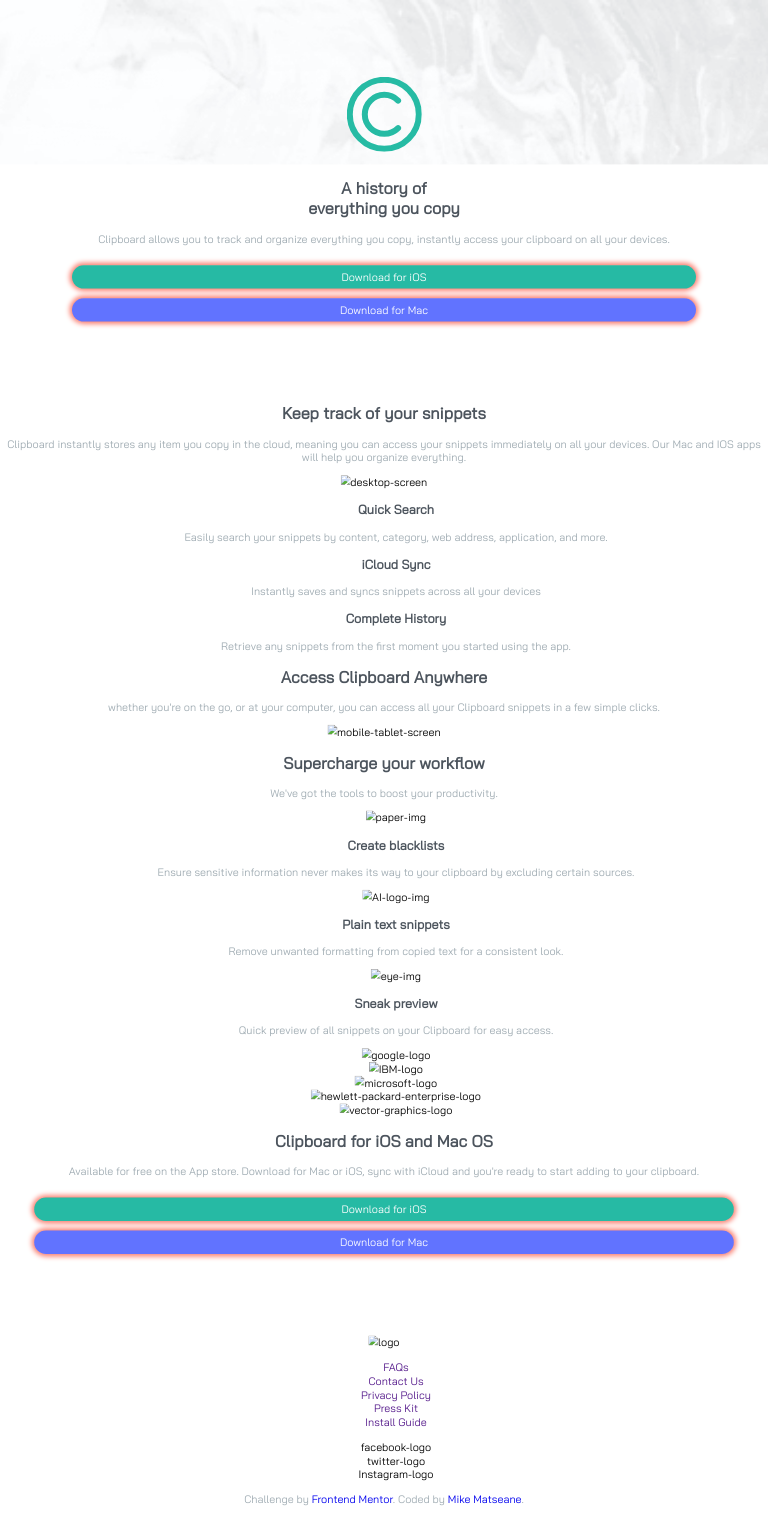
Repository: mikempho/Clipboard-landing-page
Page: index.html
An editor plug-in stored every save of this project. The page is shown before and after the next save, followed by the edit.
The browser window is 1280 px wide. The pictures show the whole page, at 60% of full size.

Above is the page before, as saved 2022-04-11 10:56:48.

### index.html
<!DOCTYPE html>
<html lang="en">
  <head>
    <meta charset="UTF-8">
    <meta name="viewport" content="width=device-width, initial-scale=1.0"> <!-- displays site properly based on user's device -->

    <link rel="icon" type="image/png" sizes="32x32" href="./images/favicon-32x32.png">
    <link rel="stylesheet" href="/css/style.css">

    <title>Frontend Mentor | Clipboard landing page</title>

  </head>
  <body>
    <header class="header">
      <img class="logo" src="/images/logo.svg" alt="">
    </header>
    <main>
      <section class="hero">
        <h1>A history of <br> everything you copy</h1>
        <p>Clipboard allows you to track and organize everything you copy, instantly access your clipboard on all your devices.</p>
        <div class="buttons">
          <a class="iOS-btn" href="#">Download for iOS</a>
          <a class="mac-btn" href="#">Download for Mac</a>
        </div>
      </section>
      <section class="section-1">
        <h2>Keep track of your snippets</h2>
        <p>Clipboard instantly stores any item you copy in the cloud, meaning you can access your snippets immediately on all your devices. Our Mac and IOS apps will help you organize everything.</p>
        <div class="features">
          <img class="feature-img" src="" alt="desktop-screen">
          <ul class="list-of-features">
            <li>
              <h3>Quick Search</h3>
              <p>Easily search your snippets by content, category, web address, application, and more.</p>
            </li>
            <li>
              <h3>iCloud Sync</h3>
              <p>Instantly saves and syncs snippets across all your devices</p>
            </li>
            <li>
              <h3>Complete History</h3>
              <p>Retrieve any snippets from the first moment you started using the app.</p>
            </li>
          </ul>
        </div>
      </section>
      <section class="section-2">
        <h2>Access Clipboard Anywhere</h2>
        <p>whether you're on the go, or at your computer, you can access all your Clipboard snippets in a few simple clicks.</p>
        <img class="mobile-tablet-screen" src="" alt="mobile-tablet-screen">
      </section>
      <section class="section-3">
        <h2>Supercharge your workflow</h2>
        <p>We've got the tools to boost your productivity.</p>
        <div>
          <ul class="list-of-features">
            <li>
              <img src="" alt="paper-img">
              <h3>Create blacklists</h3>
              <p>Ensure sensitive information never makes its way to your clipboard by excluding certain sources.</p>
            </li>
            <li>
              <img src="" alt="AI-logo-img">
              <h3>Plain text snippets</h3>
              <p>Remove unwanted formatting from copied text for a consistent look.</p>
            </li>
            <li>
              <img src="" alt="eye-img">
              <h3>Sneak preview</h3>
              <p>Quick preview of all snippets on your Clipboard for easy access.</p>
            </li>
          </ul>
        </div>
      </section>
      <section class="section-4">
        <ul class="company-logos">
          <li><img src="" alt="google-logo"></li>
          <li><img src="" alt="IBM-logo"></li>
          <li><img src="" alt="microsoft-logo"></li>
          <li><img src="" alt="hewlett-packard-enterprise-logo"></li>
          <li><img src="" alt="vector-graphics-logo"></li>
        </ul>
      </section>
      <section class="section-5">
        <h2>Clipboard for iOS and Mac OS</h2>
        <p>Available for free on the App store. Download for Mac or iOS, sync with iCloud and you're ready to start adding to your clipboard.</p>
        <div class="buttons">
          <a class="iOS-btn" href="">Download for iOS</a>
          <a class="mac-btn" href="">Download for Mac</a>
        </div>
      </section>
    </main>

    <footer>
      <div class="footer">
        <img src="" alt="logo">
        <ul class="footer-menu">
          <li><a href="">FAQs</a></li>
          <li><a href="">Contact Us</a></li>
          <li><a href="">Privacy Policy</a></li>
          <li><a href="">Press Kit</a></li>
          <li><a href="">Install Guide</a></li>
        </ul>
        <ul class="social-links">
          <li><a href=""></a>facebook-logo</li>
          <li><a href=""></a>twitter-logo</li>
          <li><a href=""></a>Instagram-logo</li>
        </ul>
      </div>
      <p class="attribution">
        Challenge by <a href="https://www.frontendmentor.io?ref=challenge" target="_blank">Frontend Mentor</a>.
        Coded by <a href="#">Mike Matseane</a>.
      </p>
    </footer>
  </body>
</html>

### css/style.css
/* Universal styling */
body {
    margin: 0;
    padding: 0;
    text-align: center;
    Font-size: 18px;
    font-family: Bai-Jamjuree;
}

* {
    list-style: none;
    text-decoration: none;
}

:root {
    /* Primary colors */
    --Strong-Cyan: hsl(171, 66%, 44%);
    --Light-Blue: hsl(233, 100%, 69%);
    /* Neutral colors */
    --Dark-Grayish-Blue: hsl(210, 10%, 33%);
    --Grayish-Blue: hsl(201, 11%, 66%);
    /* Spacing */
    --container-padding: 0 5.6%;
}

@font-face {
    font-family: Bai-Jamjuree;
    src: url(/Assets/Fonts/Bai_Jamjuree/BaiJamjuree-Regular.ttf);
}

h1, h2, h3{
    color: var(--Dark-Grayish-Blue);
}

p {
    color: var(--Grayish-Blue);
}

/* header section */

.header {
    background-image: url(/images/bg-header-mobile.png);
    background-repeat: no-repeat;
    background-size: cover;
}

.logo {
    margin: 8rem 0 1rem 0;
}

/* hero section */
.hero {
    padding: var(--container-padding);
}

.buttons{
    margin-top: 1.5rem;
    margin-bottom: 8rem;
}
.buttons a {
    display: inline-block;
    padding: 8px 15px;
    width: 88.8%;
    margin: 8px 0;
    color: white;
    border-radius: 50px;
    box-shadow: 0 0 9px 4px salmon;
}

.iOS-btn {
    background-color: var(--Strong-Cyan);
}

.mac-btn {
    background-color: var(--Light-Blue);
}

After the next save:
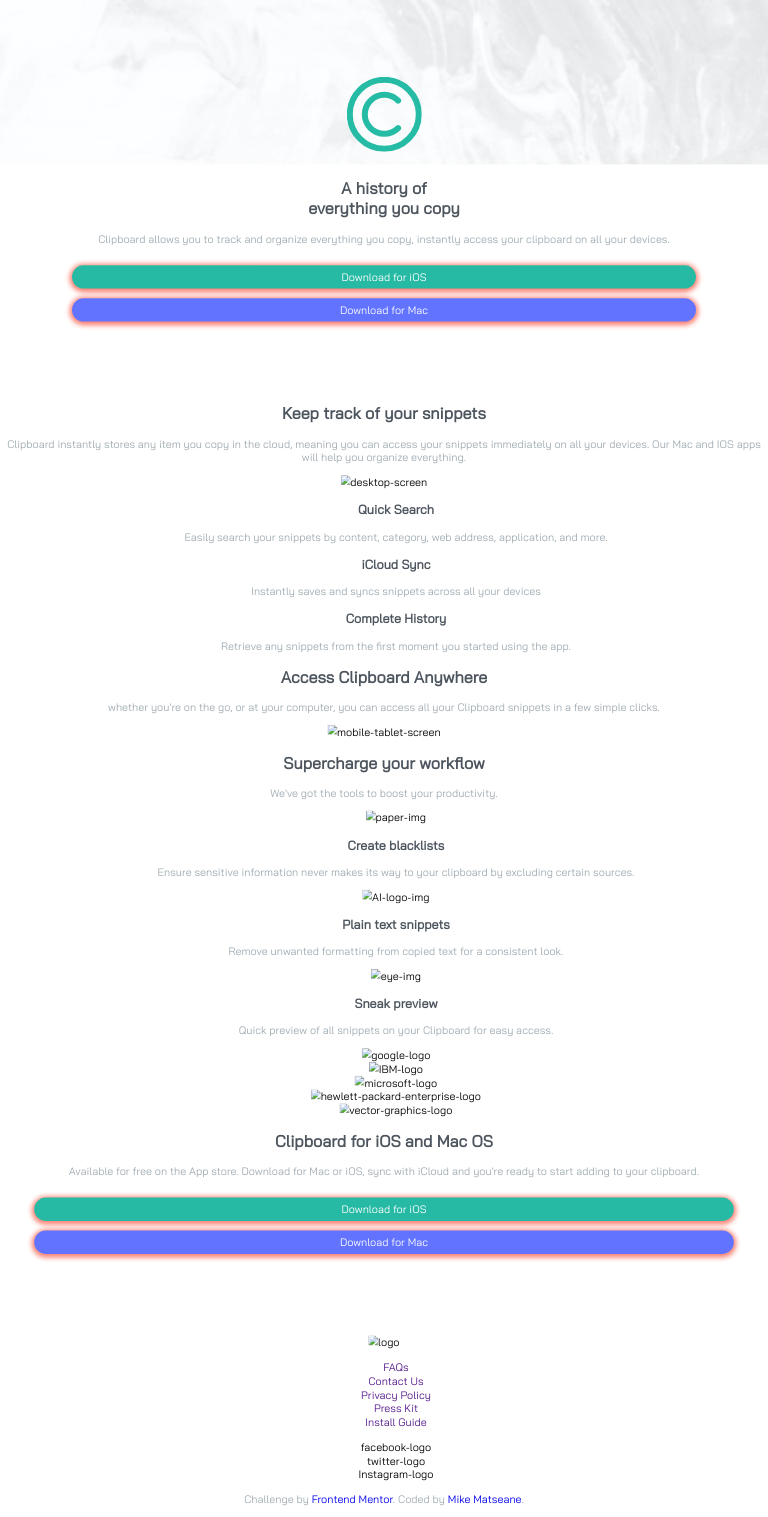
Saved 6 s later.
--- a/css/style.css
+++ b/css/style.css
@@ -64,7 +64,7 @@
     margin: 8px 0;
     color: white;
     border-radius: 50px;
-    box-shadow: 0 0 9px 4px salmon;
+    box-shadow: 0 2px 9px 4px salmon;
 }
 
 .iOS-btn {
